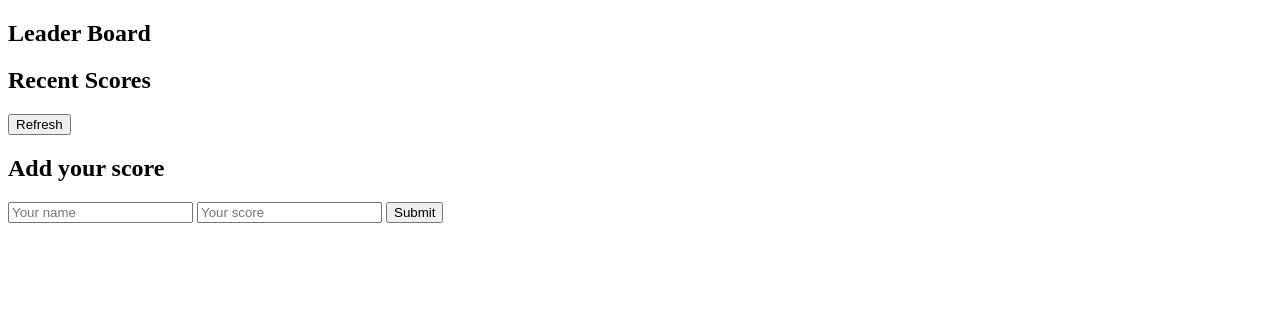
Repository: kennedyowusu/Leaderboard
Page: src/index.html
The author's editor kept a copy of each file at every save. The page is drawn from the files as they stood at one save, then again after the next save.
The browser window is 1280 px wide. The pictures show the whole page.

Above is the page before, as saved 2022-12-20 14:33:28.

### src/index.html
<!DOCTYPE html>
<html lang="en">
<head>
 <meta charset="UTF-8">
 <meta http-equiv="X-UA-Compatible" content="IE=edge">
 <meta name="viewport" content="width=device-width, initial-scale=1.0">
 <title>Leader Board</title>
</head>
<body>
 <main>
  <section class="main-container">
   <h1 class="main-title">Leader Board</h1>
   <div class="sub-container">

    <div class="score-container">
     <div class="score-container">
      <h2 class="sub-title">Recent Scores</h2>
      <button class="refresh">Refresh</button>
     </div>
     <ul class="score-list"></ul>
    </div>

    <div class="add-score-container">
     <h2 class="add-score">Add your score</h2>
     <form>
      <input type="text" placeholder="Your name" required>
      <input type="number" placeholder="Your score" required>
      <button type="submit" class="submit">Submit</button>
     </form>
    </div>

   </div>
  </section>
 </main>
</body>
</html>

After the next save:
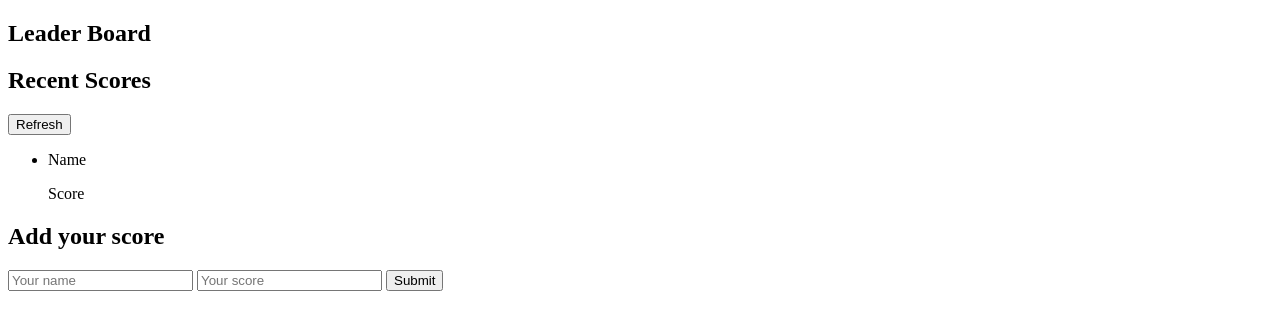
Saved 25 s later.
--- a/src/index.html
+++ b/src/index.html
@@ -17,7 +17,11 @@
       <h2 class="sub-title">Recent Scores</h2>
       <button class="refresh">Refresh</button>
      </div>
-     <ul class="score-list"></ul>
+     <ul class="score-list">
+      <li class="score-item">
+       <p class="name">Name</p>
+       <p class="score">Score</p>
+     </ul>
     </div>
 
     <div class="add-score-container">

After the 2 saves that followed:
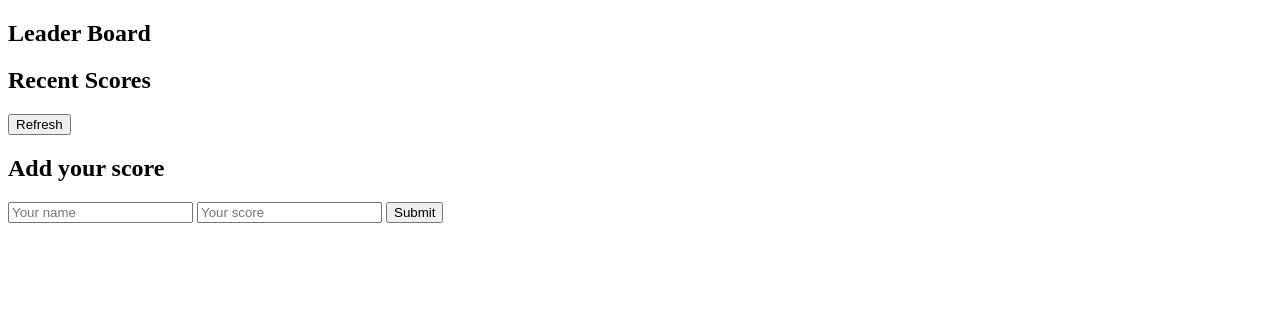
The 2 saves are shown as one change because 1 left the picture as it was.
The last was saved 50 s later.
--- a/src/index.html
+++ b/src/index.html
@@ -18,9 +18,10 @@
       <button class="refresh">Refresh</button>
      </div>
      <ul class="score-list">
-      <li class="score-item">
+      <!-- <li class="score-item">
        <p class="name">Name</p>
        <p class="score">Score</p>
+      </li> -->
      </ul>
     </div>
 
